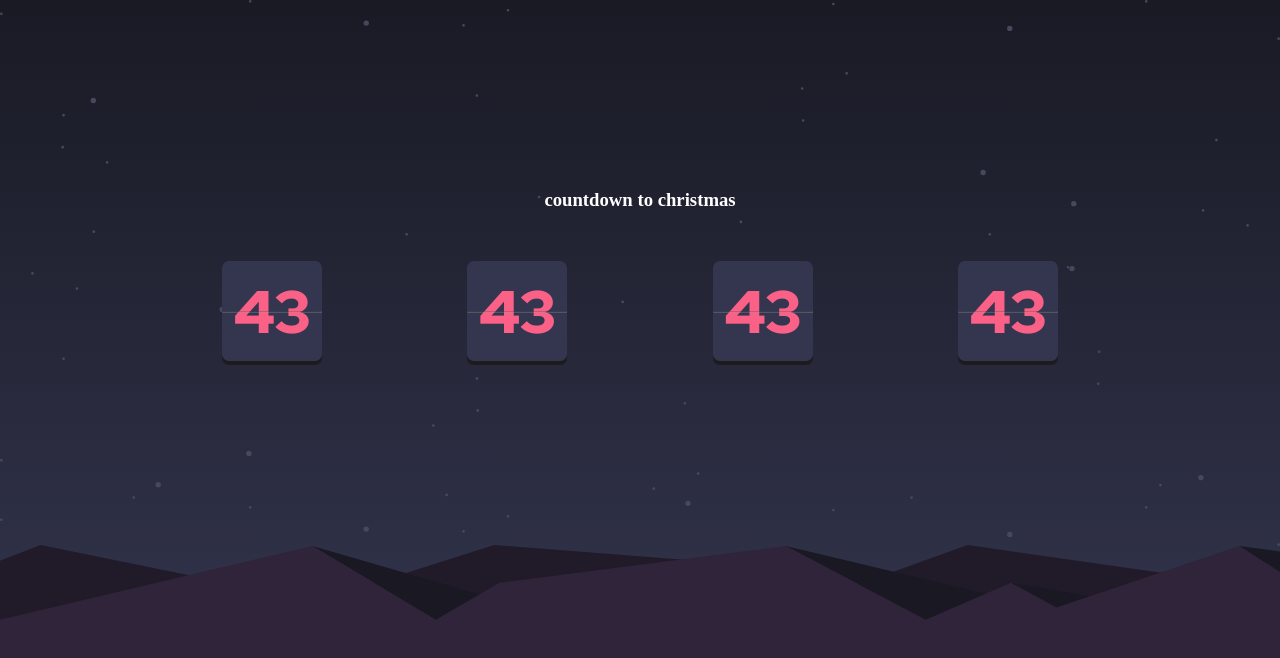
Repository: Eugene44-hub/countdown
Page: index.html
These files come from the project's save history. The page is drawn as it stood at one moment and after the next save; the edit follows.
The browser window is 1280 px wide. The pictures show the whole page.

Above is the page before, as saved 2021-09-12 03:34:37.

### index.html
<!DOCTYPE html>
<html lang="en">

<head>
    <meta charset="UTF-8">
    <meta http-equiv="X-UA-Compatible" content="IE=edge">
    <meta name="viewport" content="width=device-width, initial-scale=1.0">
    <title>Document</title>
    <link rel="stylesheet" href="style.css">
</head>

<body>
    <div class="container">


        <div class="timer ">
            <h3 class="col10">countdown to christmas</h3>
            <div class="card">
                <p>43</p>
                <hr> </div>
            <div class="card">
                <p>43</p>
                <hr>
            </div>
            <div class="card">
                <p>43</p>
                <hr>
            </div>
            <div class="card">
                <p>43</p>
                <hr>
            </div>

        </div>

    </div>
    <script src="app.js"></script>

</body>

</html>

</html>

### style.css
@import url('https://fonts.googleapis.com/css2?family=Red+Hat+Text:wght@700&display=swap');
* {
    padding: 0;
    margin: 0;
    box-sizing: border-box;
}

body {
    /* background-color: hsl(235, 16%, 14%); */
    /* background-color: hsl(234, 17%, 12%); */
    background-image: url('images/pattern-hills.svg'), url('images/bg-stars.svg'), linear-gradient( hsl(235, 18%, 12%), hsl(236, 21%, 26%));
    background-position: bottom, top;
    background-repeat: no-repeat, repeat;
    background-size: contain;
    background-attachment: fixed;
}

.container {
    display: flex;
    width: 100%;
    height: 500px;
    flex-wrap: wrap;
    text-align: center;
}

.col10 {
    flex: 100%;
    margin: auto;
}

h3 {
    color: white;
    padding: 50px;
    font-family: 'Red Text Hat';
}

.timer {
    margin: auto;
    display: flex;
    flex-wrap: wrap;
    justify-content: space-between;
    padding: 30px;
    width: 70%;
}

.card {
    background-color: hsl(236, 21%, 26%);
    width: 100px;
    height: 100px;
    position: relative;
    overflow: hidden;
    box-shadow: 0px 4px rgb(29, 27, 27);
    border-radius: 7px;
    display: flex;
}

p {
    font-size: 60px;
    font-family: 'Red Hat Text';
    color: hsl(345, 95%, 68%);
    margin: auto;
}

hr {
    position: absolute;
    width: 100%;
    top: 50%;
    left: 0%;
    border-color: rgb(158, 158, 158);
    opacity: 0.3;
}


/* timer color  hsl(345, 95%, 68%)
timer card color hsl(237, 18%, 59%)
* /

### app.js
const proposed = new Date('2021-12-25');
const current = new Date();

const proArr = [proposed.getHours(), proposed.getMinutes(), proposed.getSeconds(), proposed.getDay(), proposed.getMonth()]
console.log('proposed days:' + (((proArr.at(-1) * 31) - 7) + proposed.getDate()));
console.log('current days:' + (((current.getMonth() * 31) - 5) + current.getDate()));

console.log((((proArr.at(-1) * 31) - 7) + proposed.getDate()) - (((current.getMonth() * 31) - 5) + current.getDate()) + 'days to christmas');

console.log('hours:' + (24 - current.getHours()));
console.log('minutes:' + (60 - current.getMinutes()));
console.log('hours:' + (60 - current.getSeconds()));

// let cal = proposed. - current;
// console.log(proposed);
// console.log(current.getDate());
// console.log(proArr.at(-1) + 1);
// let another = new Date(cal);
// console.log(another)
//359-253 propsed day - current day(mth*31-7) for september minus 6

After the next save:
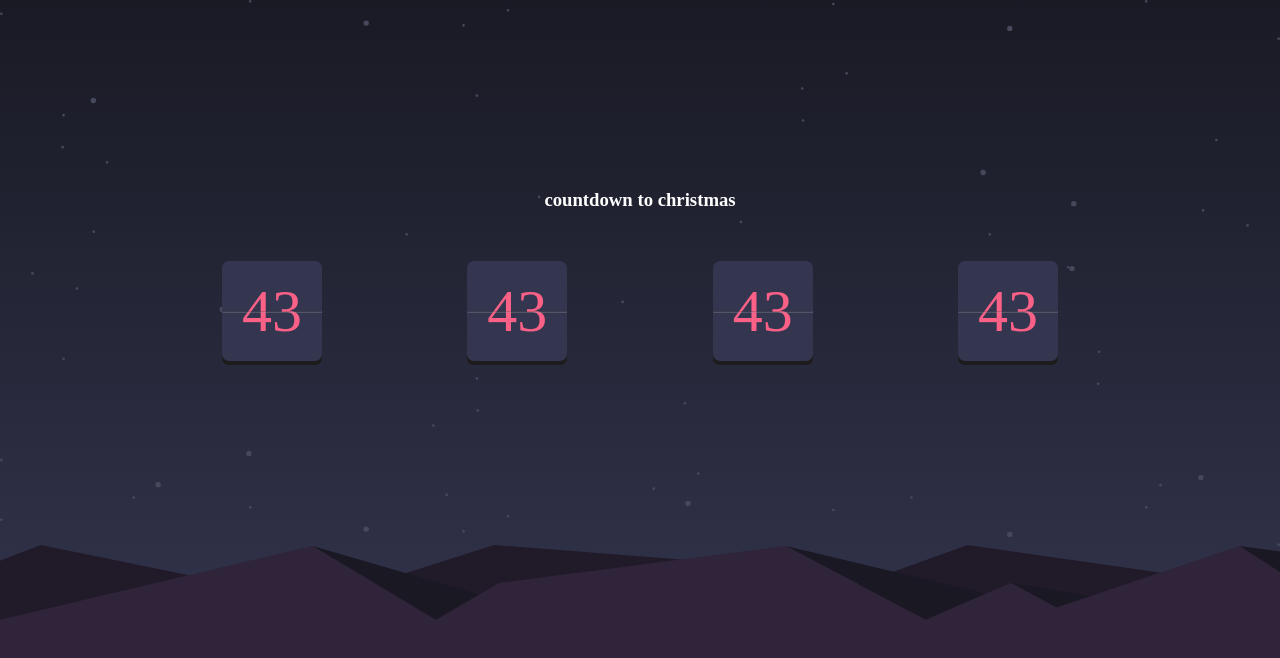
Saved 31 s later.
--- a/style.css
+++ b/style.css
@@ -56,7 +56,6 @@
 
 p {
     font-size: 60px;
-    font-family: 'Red Hat Text';
     color: hsl(345, 95%, 68%);
     margin: auto;
 }

After the save that followed:
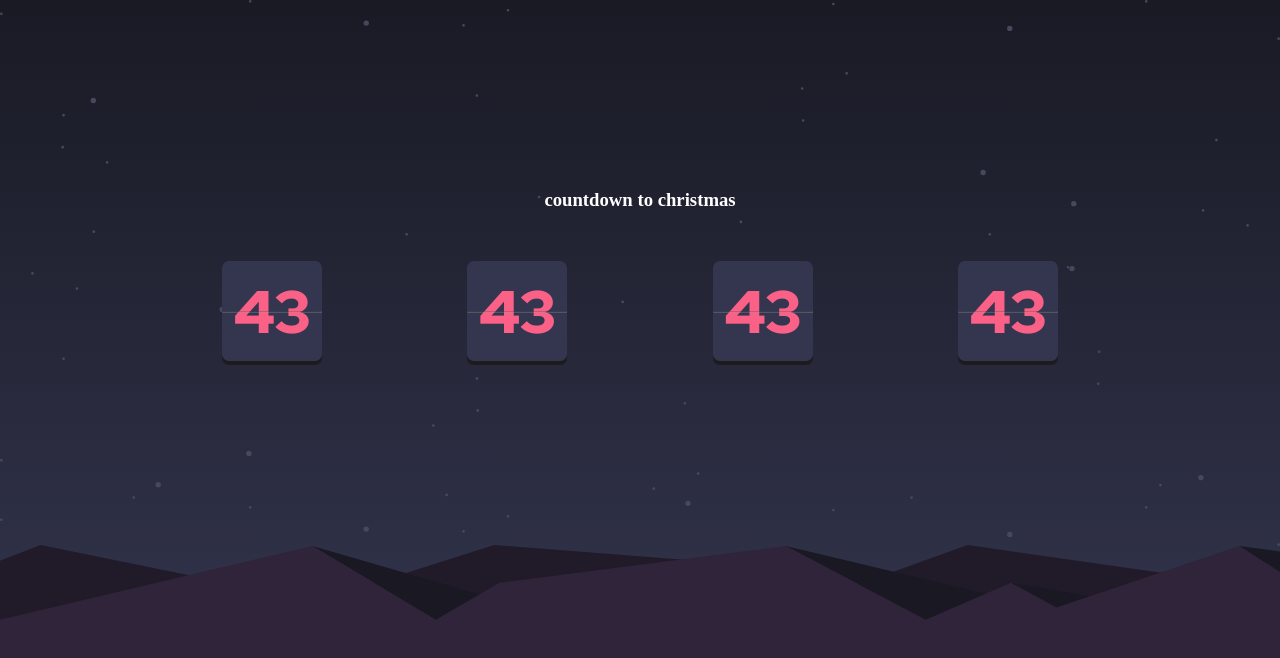
Saved 5 s later.
--- a/style.css
+++ b/style.css
@@ -56,6 +56,7 @@
 
 p {
     font-size: 60px;
+    font-family: 'Red Hat Text';
     color: hsl(345, 95%, 68%);
     margin: auto;
 }
